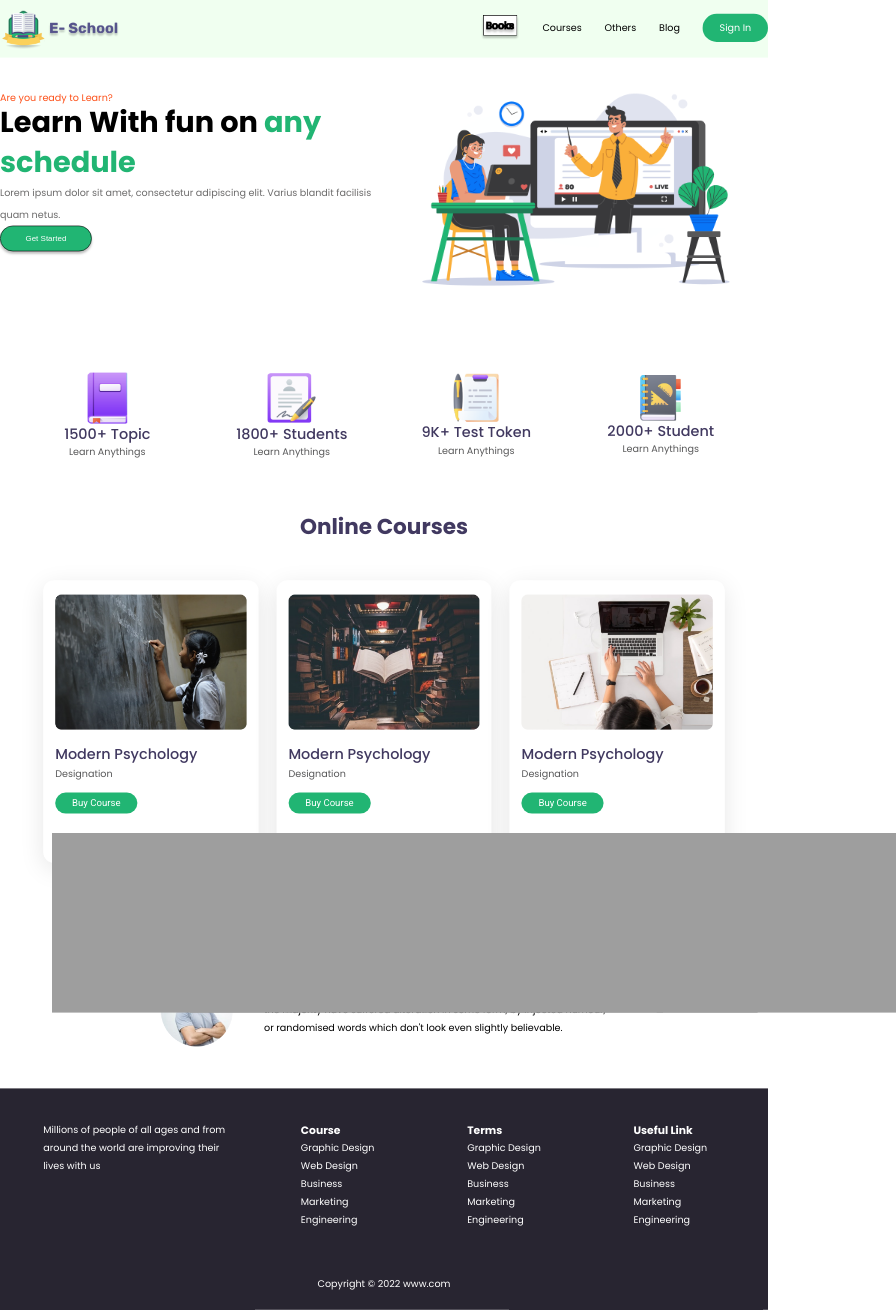
Repository: bijaythakur-code/E-school
Page: index.html
These files come from the project's save history. The page is drawn as it stood at one moment and after the next save; the edit follows.
The browser window is 1280 px wide. The page is 1494 px wide, so the pictures cover 1494 px, including what lies to the right of the window. The pictures show the whole page, at 60% of full size.
Pictures or frames that could not be fetched are drawn as grey boxes.

Above is the page before, as saved 2022-05-21 17:32:01.

After the next save:
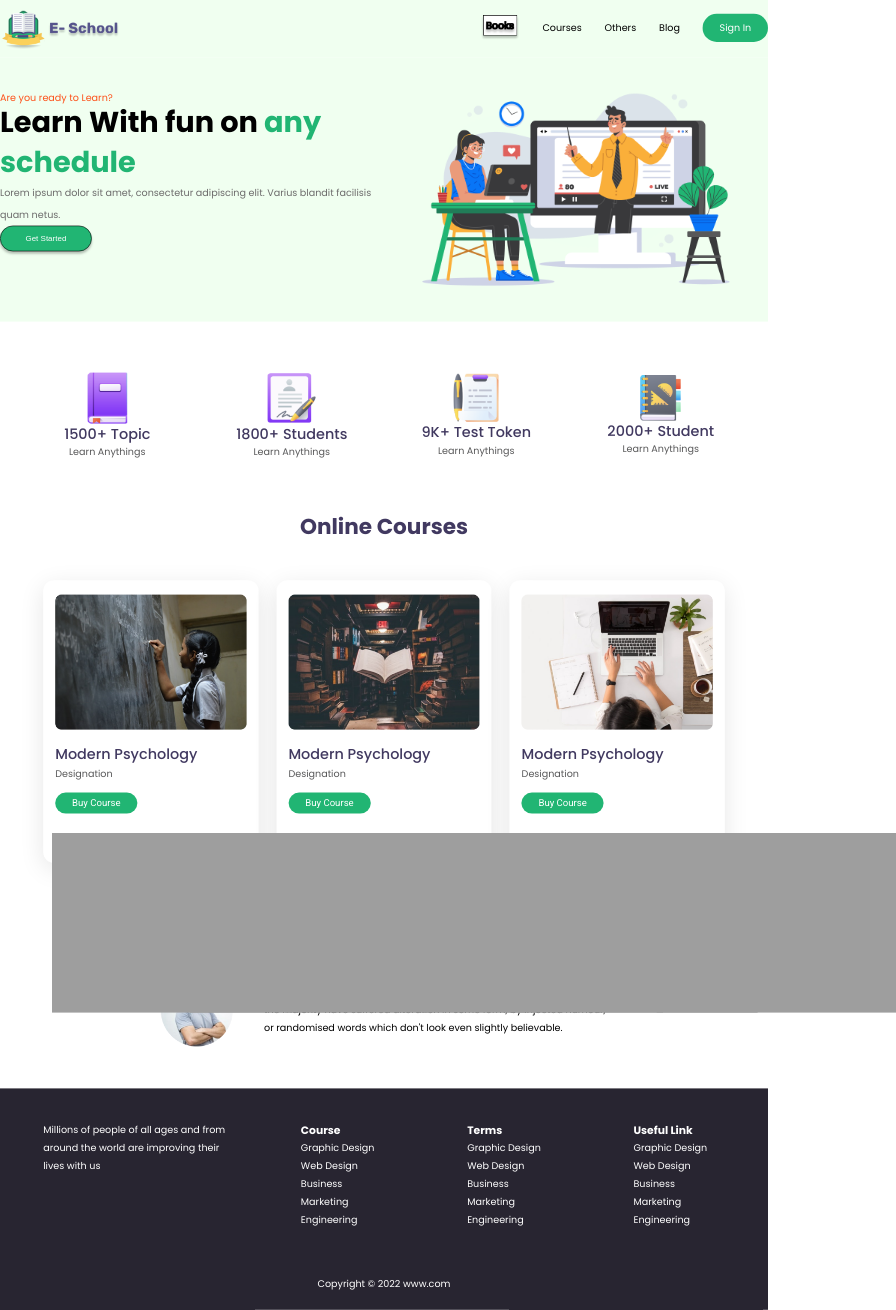
Saved 50 s later.
--- a/css/style.css
+++ b/css/style.css
@@ -134,6 +134,10 @@
   color: #ffffff;
 }
 
+.hero-section {
+  background-color: var(--hero-background);
+}
+
 .hero-right {
   width: 50%;
   display: flex;
